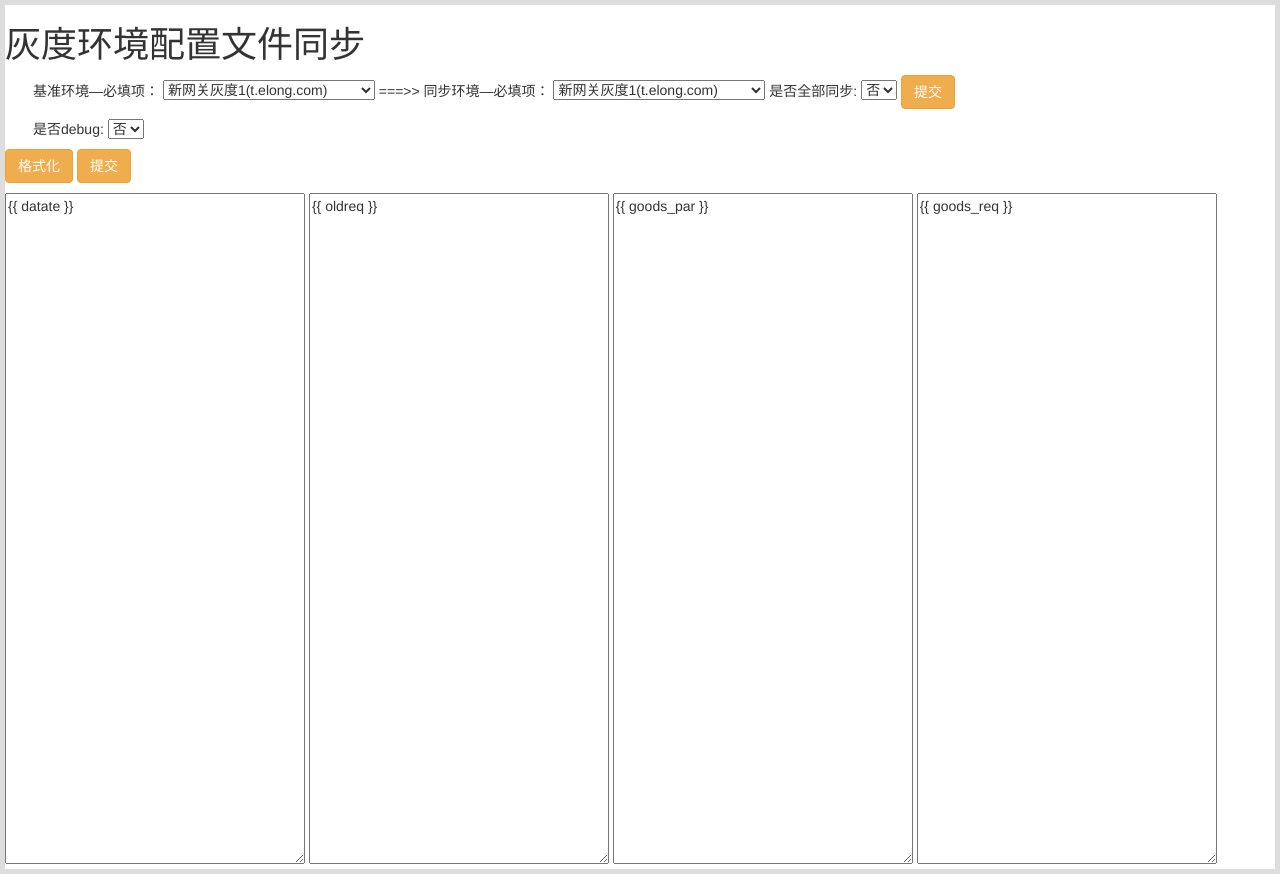
Repository: wangyanqing666/study
Page: other.html
These files come from the project's save history. The page is drawn as it stood at one moment and after the next save; the edit follows.
The browser window is 1280 px wide. The pictures show the whole page.

Above is the page before, as saved 2020-09-28 14:06:22.

### other.html

<!DOCTYPE html>
<html lang="en">

<head>
    <meta charset="UTF-8">
    <meta name="viewport" content="width=device-width, initial-scale=1.0">
    <title>Document</title>
    <!-- 最新版本的 Bootstrap 核心 CSS 文件 -->
    <link rel="stylesheet" href="https://cdn.jsdelivr.net/npm/bootstrap@3.3.7/dist/css/bootstrap.min.css"
        integrity="sha384-BVYiiSIFeK1dGmJRAkycuHAHRg32OmUcww7on3RYdg4Va+PmSTsz/K68vbdEjh4u" crossorigin="anonymous">
    <script src="https://cdn.bootcss.com/jquery/3.4.1/jquery.js"></script>
    <script>
        function beautify() {

            $.each($('textarea'), function (i, n) {
                $(this).css({ 'border-color': "" });

                jsonStr = $(this).val();
                var input;
                try {
                    if (jsonStr.length == 0) {
                        return false;
                    } else if (!isJSON(jsonStr)) {
                        $(this).css({ 'border-color': "red" });


                        return alert($(this).prop('placeholder') + '您输入的内容非正规json格式，请检查后重试！');

                    }
                    input = eval('(' + jsonStr + ')');
                } catch (error) {
                    console.log(error);
                    return alert('JSON 格式化错误！');

                }

                $(this).val(JSON.stringify(input, null, 4));

            })


        };

        function isJSON(str) {
            if (typeof str === 'string') {
                try {
                    let obj = JSON.parse(str);
                    if (typeof obj === 'object' && obj) {
                        return obj;
                    } else {
                        return false;
                    }
                } catch (error) {
                    console.log(error);
                    return false;
                }
            }
        };

        $(function () {

            $('#tj1').click(function () {
                var jsonStr = $('#editor1').val();
                var env = $('#env').val();
                var debug = $('#debug').val();
                try {
                    if (jsonStr.length == 0) {
                        return false;
                    } else if (!isJSON(jsonStr)) {

                        return alert('您输入的内容非正规json格式，请检查后重试！');
                    }
                } catch (error) {
                    return alert('JSON 格式化错误！');

                }
                $('#tj1').attr("disabled", true);

                $.ajax({
                    url: '/alaskasend',
                    type: 'POST',
                    dataType: 'json',
                    contentType: 'application/json;charset=UTF-8',
                    data: JSON.stringify({ jstr: jsonStr, env: env, debug: debug }),
                    success: function (respone) {
                        $('#tj1').attr("disabled", false);


                        if (respone.erron == 0) {
                            // alert('接口请求成功')
                            $('#editor2').val(respone.oldreq)
                            $('#editor3').val(respone.goods_par)
                            $('#editor4').val(respone.goods_req)

                        } else {
                            // 请求失败
                            $('#warning1').text(respone.errmsg)
                            $('#tj1').attr("disabled", false);


                        }
                    },
                    error: function () {
                        alert('服务器超时，请重试！');
                    }
                });

            });

        });


    </script>


</head>

<body>
    <div style="border:5px solid #ddd;">
        <h1>灰度环境配置文件同步</h1>
        <div style="text-indent:2em;">
            <h5>
                <span>基准环境—必填项：</span>
                <select id="baseenv" name="baseenv">
                    <option value=1>新网关灰度1(t.elong.com)</option>
                    <option value=2>新网关灰度2(huidu2.vip.elong)</option>
                    <option value=3>新网关灰度3(huidu3.vip.elong)</option>
                    <option value=4>线上环境(api2011.elong.com)</option>
                </select>
                <span>===>></span>
                <span>同步环境—必填项：</span>
                <select id="synenv" name="synenv">
                    <option value=1>新网关灰度1(t.elong.com)</option>
                    <option value=2>新网关灰度2(huidu2.vip.elong)</option>
                    <option value=3>新网关灰度3(huidu3.vip.elong)</option>
                    <option value=4>线上环境(api2011.elong.com)</option>
                </select>
                <span>是否全部同步:</span>
                <select id="debug" name="debug">
                    <option value=0>否</option>
                    <option value=1>是</option>
                </select>
                <span><button type="button" class="btn btn-warning" id="tj1">提交</button></span>

            </h5>
            <h5>
                <span>是否debug:</span>
                <select id="debug" name="debug">
                    <option value="false">否</option>
                    <option value="true">是</option>
                </select>
            </h5>
            <button type="button" class="btn btn-warning" id="formatting" onclick="beautify();">格式化</button>

            <button type="button" class="btn btn-warning" id="tj1">提交</button>


            <div class="col-md-12" id="warning">
                <p><strong id="warning1"></strong></p>
            </div>

        </div>
        <div>
            <textarea class="column " style="height: 671px; width: 300px;" id="editor1" placeholder="Fiddle抓包请求"
                spellcheck="false" name="jstr">{{ datate }}</textarea>
            <textarea id="editor2" style="height: 671px; width: 300px;" class="clumn " placeholder="原始出参"
                name="jstr1">{{ oldreq }}</textarea>
            <textarea id="editor3" style="height: 671px; width: 300px;" class="clumn " placeholder="商品库出参"
                name="jstr2">{{ goods_par }}</textarea>
            <textarea id="editor4" style="height: 671px; width: 300px;" class="clumn " placeholder="商品库入参"
                name="jstr2">{{ goods_req }}</textarea>
        </div>

    </div>
</body>

</html>

After the next save:
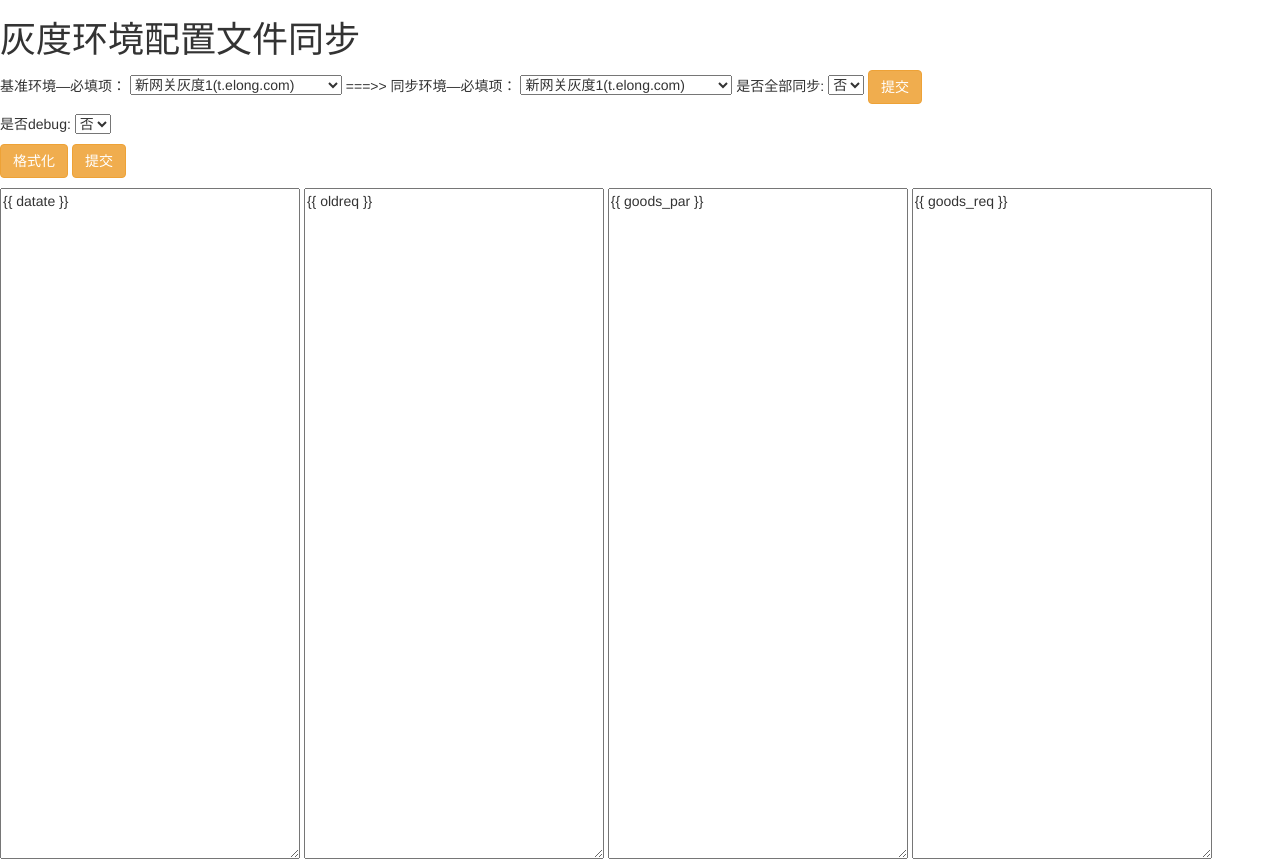
Saved 24 s later.
--- a/other.html
+++ b/other.html
@@ -117,9 +117,9 @@
 </head>
 
 <body>
-    <div style="border:5px solid #ddd;">
+    <div style="border:5px solid #ddd style="text-indent:2em;"">
         <h1>灰度环境配置文件同步</h1>
-        <div style="text-indent:2em;">
+        <div >
             <h5>
                 <span>基准环境—必填项：</span>
                 <select id="baseenv" name="baseenv">
